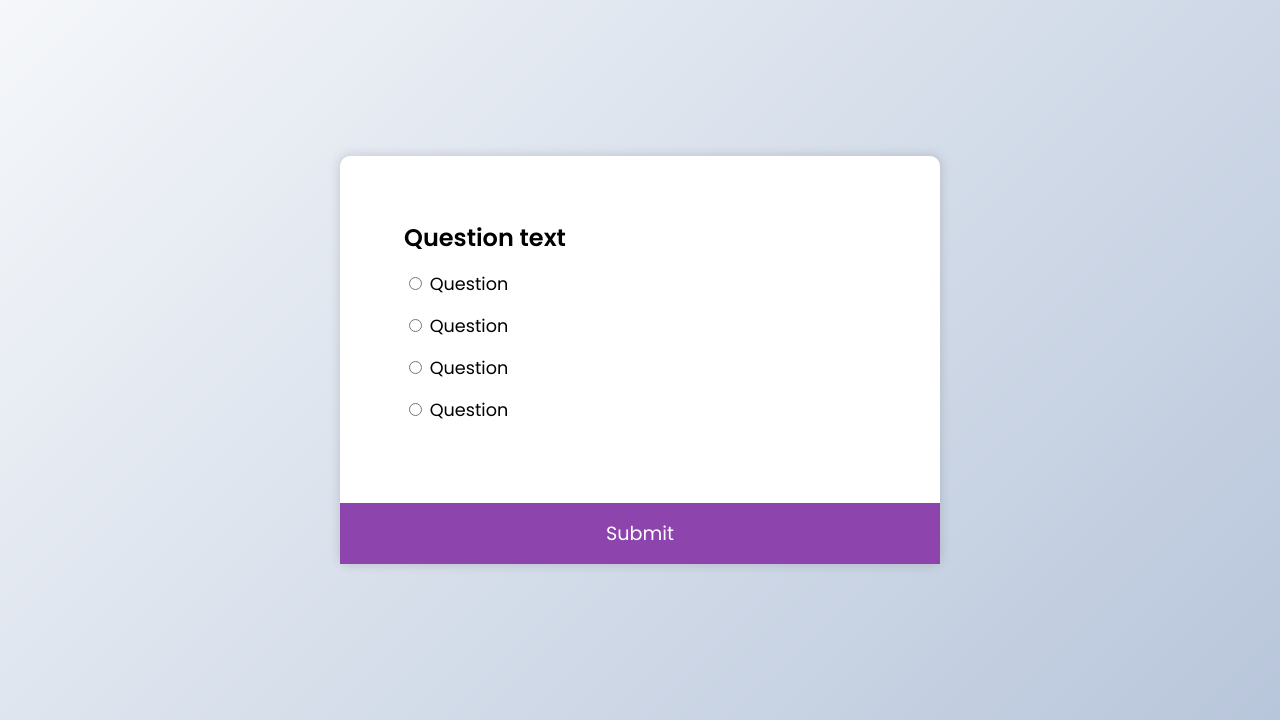
Repository: kate30980/projects-js-practice
Page: quiz-app/index.html
These files come from the project's save history. The page is drawn as it stood at one moment and after the next save; the edit follows.
The browser window is 1280 px wide. The pictures show the whole page.

Above is the page before, as saved 2021-09-05 22:17:59.
Console error: ReferenceError: currentQuestion is not defined

After the next save:
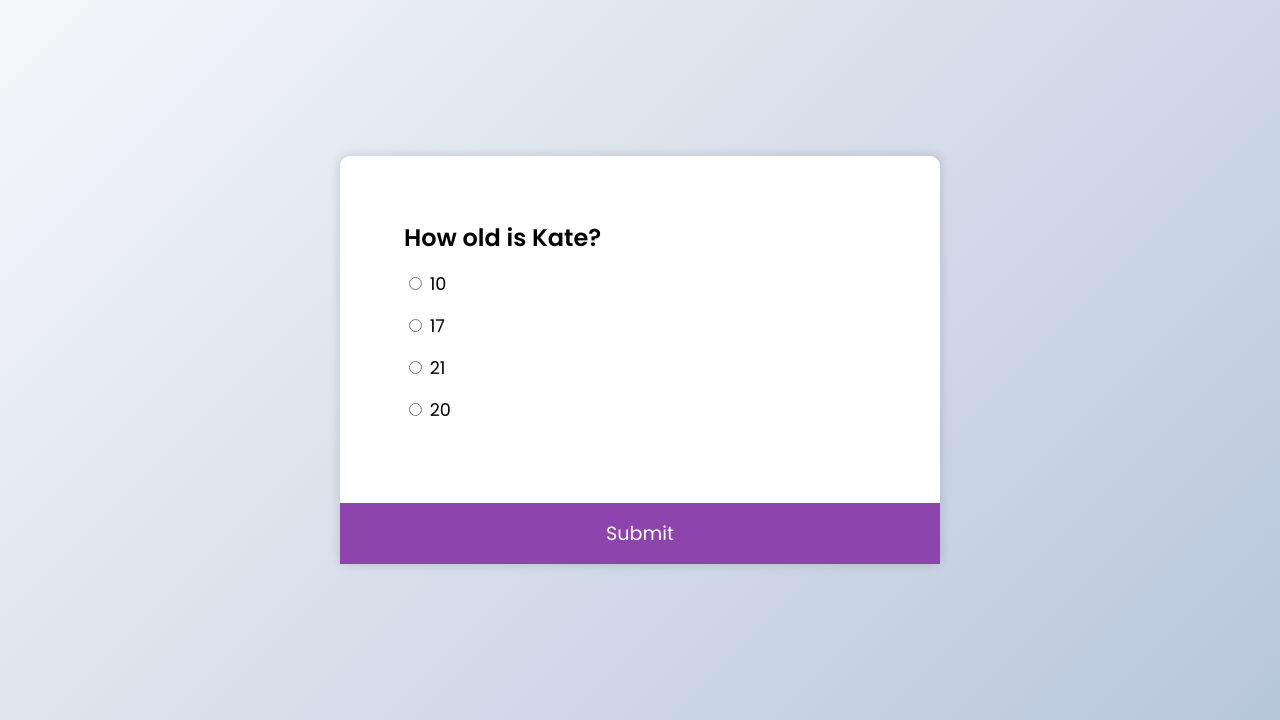
Saved 47 s later.
--- a/quiz-app/script.js
+++ b/quiz-app/script.js
@@ -51,7 +51,7 @@ let currentQuiz = 0;
 loadQuiz();
 
 function loadQuiz() {
-  const currentQuizData = quizData[currentQuestion];
+  const currentQuizData = quizData[currentQuiz];
 
   questionEl.innerText = currentQuizData.question;
   a_text.innerText = currentQuizData.a;
